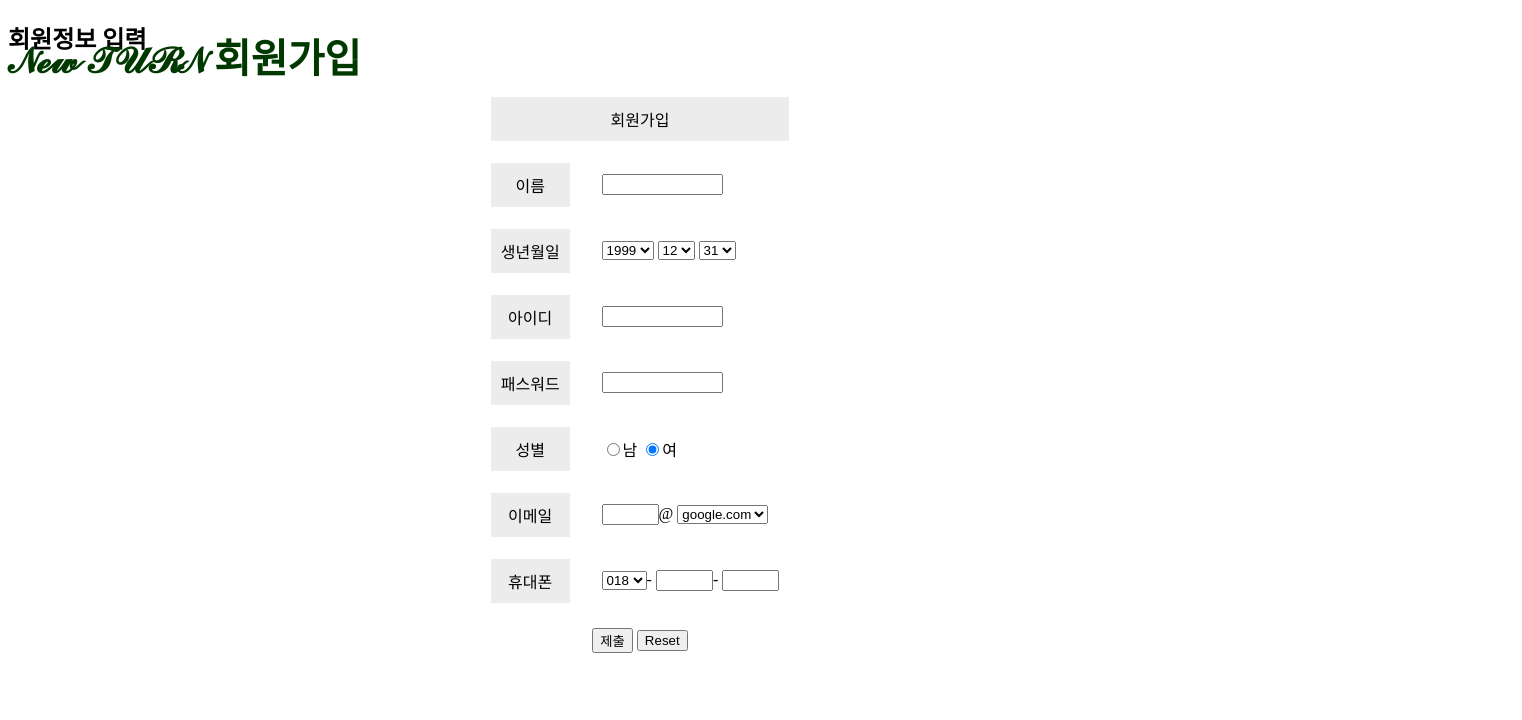
Repository: won0108/Port-Folio
Page: Creating_Homepage/Shopping/WebContent/회원가입 창.html
These files come from the project's save history. The page is drawn as it stood at one moment and after the next save; the edit follows.
The browser window is 1280 px wide. The page is 1280 px wide, then 1522 px, so the pictures cover 1522 px, including what lies to the right of the window. The pictures show the whole page.

Above is the page before, as saved 2020-12-03 06:58:46.

### Creating_Homepage/Shopping/WebContent/회원가입 창.html
<!DOCTYPE html>
<html>
<head>
 <title> 회원가입 창</title>
<style>
  @font-face{
 		font-family:"My Font";
 		src: url("fontstyle/ENCOSCPT.TTF");
 	}
 	h1{
   	color:#003900;
   	position:fixed;
   	top: 0px;
   	left:10px;
   	font-family:"My Font", serif;
   	font-size: 30pt;
   }
   #infor{
   position:fixed;
   top:40px; right:0px;
   }
   #infor a{
   text-decoration:none;
   color:#5D5D5D;
   font-size:13pt;
   display: inline;
   padding :5px;
   }
   #infor a:hover{
   tex-decoration:underline;
   color: black;
   text-weight:bold;
   }
   #categ{
   position:fixed;
   top:25px; right:670px;
   }
   #categ ul li{
   display: inline;
   }
   #categ ul li a{
   text-decoration:none;
   color:#003900;
   font-size:10pt;
   font-weight:bold;
   text-transform:uppercase;
   padding :5px;
   }
   #categ ul li a:hover{
   tex-decoration:underline; color: black;
   }
</style>
</head>
<body>
  <h1 style="align : center;"> New TURN <em5>회원가입</em5> </h1>
  <h2>회원정보 입력</h2>
 <form name=frm1>
  <table align=center border=1 bordercolor=white bordercolorlight=gray cellspacing=20 cellpadding=10>
  <tr bgcolor=#ececec align=center>
  <td colspan=2>회원가입</td></tr>
  <tr><td bgcolor=#ececec align=center>이름</td>
  <td><input type=text name=name size=12 maxlength=12></td></tr>
  <tr>
  <td bgcolor=#ececec align=center>생년월일</td>
  <td><select name=year>
  <option value=1 SELECTED>1996</option>
  <option value=2 SELECTED>1997</option>
  <option value=3 SELECTED>1998</option>
  <option value=4 SELECTED>1999</option></select>
  <select name=month>
  <option value=1 SELECTED>01</option>
  <option value=2 SELECTED>02</option>
  <option value=3 SELECTED>03</option>
  <option value=4 SELECTED>04</option>
  <option value=5 SELECTED>05</option>
  <option value=6 SELECTED>06</option>
  <option value=7 SELECTED>07</option>
  <option value=8 SELECTED>08</option>
  <option value=9 SELECTED>09</option>
  <option value=10 SELECTED>10</option>
  <option value=11 SELECTED>11</option>
  <option value=12 SELECTED>12</option></select>
  <select name=day>
  <option value=1 SELECTED>01</option>
  <option value=2 SELECTED>02</option>
  <option value=3 SELECTED>03</option>
  <option value=4 SELECTED>04</option>
  <option value=5 SELECTED>05</option>
  <option value=6 SELECTED>06</option>
  <option value=7 SELECTED>07</option>
  <option value=8 SELECTED>08</option>
  <option value=9 SELECTED>09</option>
  <option value=10 SELECTED>10</option>
  <option value=11 SELECTED>11</option>
  <option value=12 SELECTED>12</option>
  <option value=13 SELECTED>13</option>
  <option value=14 SELECTED>14</option>
  <option value=15 SELECTED>15</option>
  <option value=16 SELECTED>16</option>
  <option value=17 SELECTED>17</option>
  <option value=18 SELECTED>18</option>
  <option value=19 SELECTED>19</option>
  <option value=20 SELECTED>20</option>
  <option value=21 SELECTED>21</option>
  <option value=22 SELECTED>22</option>
  <option value=23 SELECTED>23</option>
  <option value=24 SELECTED>24</option>
  <option value=25 SELECTED>25</option>
  <option value=26 SELECTED>26</option>
  <option value=27 SELECTED>27</option>
  <option value=28 SELECTED>28</option>
  <option value=29 SELECTED>29</option>
  <option value=30 SELECTED>30</option>
  <option value=31 SELECTED>31</option></select></td></tr>

  <tr><td bgcolor=#ececec align=center>아이디</td>
  <td><input type=text name=id size=12 maxlength=12></td></tr>
  <tr><td bgcolor=#ececec align=center>패스워드</td>
  <td><input type=password name=pw size=12 maxlength=8></td></tr>
  <tr><td bgcolor=#ececec align=center>성별</td>
  <td><input type=radio name=sex value=male>남
  <input type=radio name=sex value=female checked>여</td></tr>
  <tr><td bgcolor=#ececec align=center>이메일</td>
  <td><input type=text name=email size=4 maxlength=10>@
  <select name=email1>
  <option value=1 SELECTED>naver.com</option>
  <option value=2 SELECTED>daum.net</option>
  <option value=3 SELECTED>google.com</option></select></td></tr>
  <tr><td bgcolor=#ececec align=center>휴대폰</td>
  <td><select name=phone1>
  <option value=1 SELECTED>010</option>
  <option value=2 SELECTED>011</option>
  <option value=3 SELECTED>019</option>
  <option value=4 SELECTED>016</option>
  <option value=4 SELECTED>017</option>
  <option value=4 SELECTED>018</option> </select>-
  <input type="text" name=phone2 size=4 maxlength=4>-
  <input type="text" name=phone3 size=4 maxlength=4></td></tr></table>
  <table align=center><tr><td>
   <input type="submit" value="제출"></td> <!--형태를 submit로하고 버튼에 제출로 나타낸다.-->
   <td><input type="reset"></td></tr>
 </table>
 </form>
</body>
</html>

After the next save:
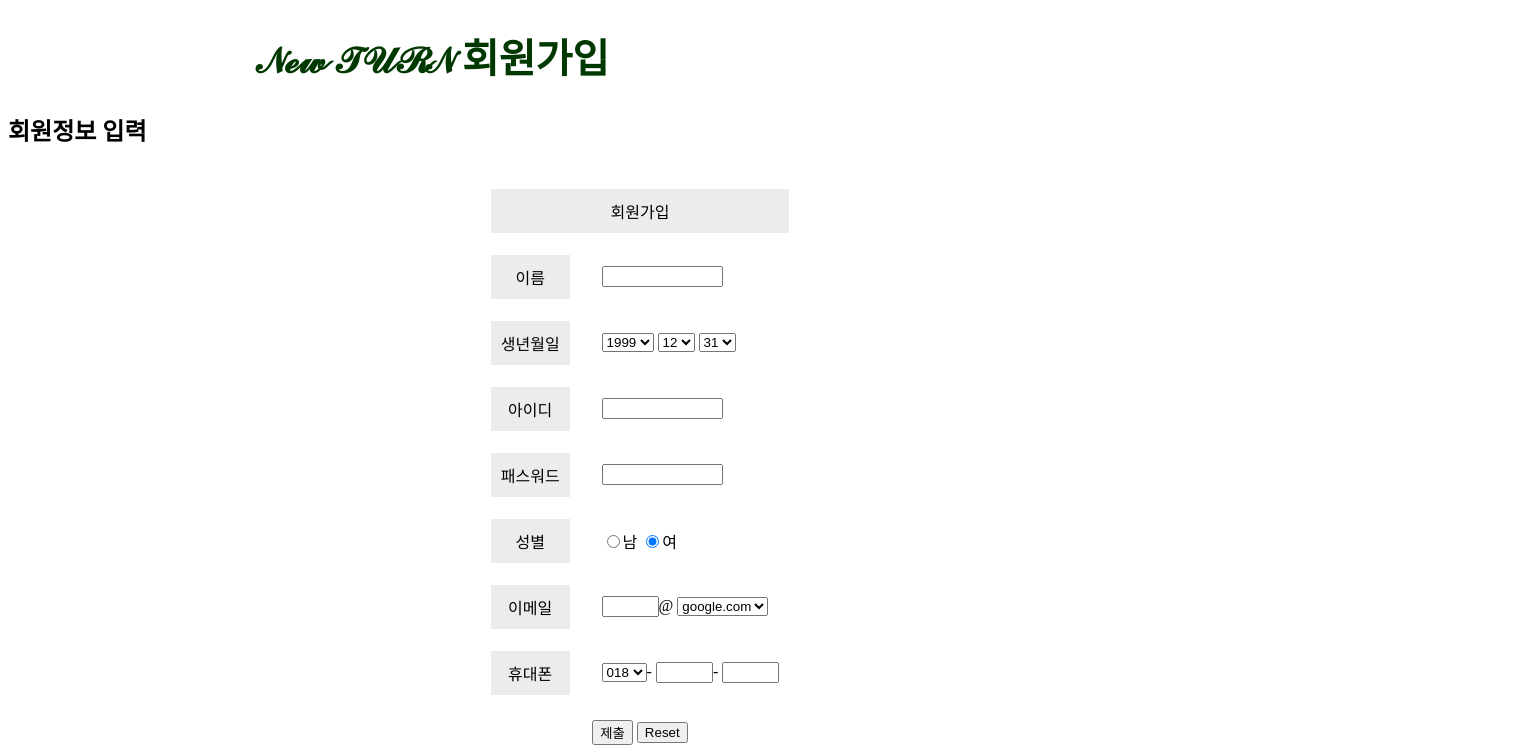
Saved 34 s later.
--- a/Creating_Homepage/Shopping/WebContent/회원가입 창.html
+++ b/Creating_Homepage/Shopping/WebContent/회원가입 창.html
@@ -52,7 +52,7 @@
 </style>
 </head>
 <body>
-  <h1 style="align : center;"> New TURN <em5>회원가입</em5> </h1>
+  <h1 style="position: relative; left: 250px;"> New TURN <em5>회원가입</em5> </h1>
   <h2>회원정보 입력</h2>
  <form name=frm1>
   <table align=center border=1 bordercolor=white bordercolorlight=gray cellspacing=20 cellpadding=10>
